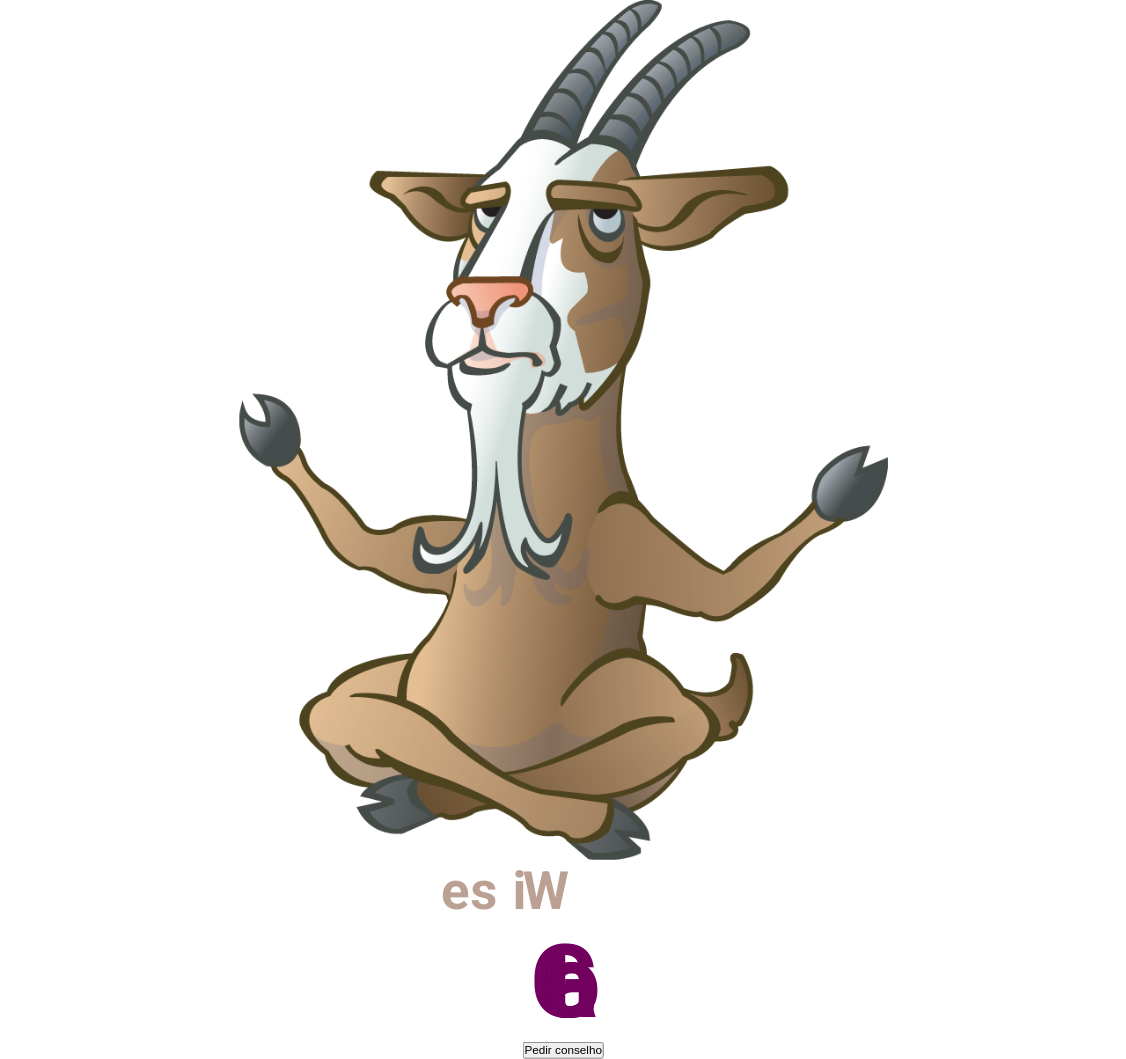
Repository: RickHub2002/Wise-Goat
Page: index.html
The author's editor kept a copy of each file at every save. The page is drawn from the files as they stood at one save, then again after a run of saves.
The browser window is 1280 px wide. The pictures show the whole page, at 88% of full size.
The style sheet was rebuilt from its Sass, Less or Tailwind sources for each picture, by a compiler version that may differ from the author's.

Above is the page before, as saved 2025-01-16 13:38:19.

### index.html
<!DOCTYPE html>
<html lang="en">
<head>
    <meta charset="UTF-8">
    <meta name="viewport" content="width=device-width, initial-scale=1.0">

    <!--FONTES-->
    <link rel="preconnect" href="https://fonts.googleapis.com">
    <link rel="preconnect" href="https://fonts.gstatic.com" crossorigin>
    <link href="https://fonts.googleapis.com/css2?family=Roboto:ital,wght@0,100..900;1,100..900&display=swap" rel="stylesheet">

    <link rel="stylesheet" href="css/main.css">
    <title>Wise Goat</title>
</head>
<body>
    <div id="left-content">
        <h2>
            Wise
            <span>Goat</span>
        </h2>
        <button>Pedir conselho</button>
    </div>
    <!--left-content-->
    <img src="./assets/bodezinho.png" />
</body>
</html>

### sass/main.sass
@import 'base.sass'
@import '_mixins.sass'
@import '_variables.sass'


body
    @include centralizar
    flex-direction: column

    font-family: 'Roboto'

    font-size: 1rem

    #left-content
        @include centralizar(center, flex-start)
        flex-direction: column
        gap: -1rem

        order: 2

        h2
            color: $bege

            font-size: 3.75rem

            letter-spacing: -4rem

            span
                display: block

                color: $roxo

                font-size: 7.25rem

                margin-left: 8px

### sass/_base.sass
@import '_mixins.sass'

*
    margin: 0
    padding: 0
    box-sizing: border-box

### sass/_mixins.sass
@import '_variables.sass'

@mixin centralizar($justify: center, $align: center)
    display: flex
    justify-content: $justify
    align-items: $align

### sass/_variables.sass
//CORES

$roxo: #72005F
$bege: #BAA193

After the next 2 saves:
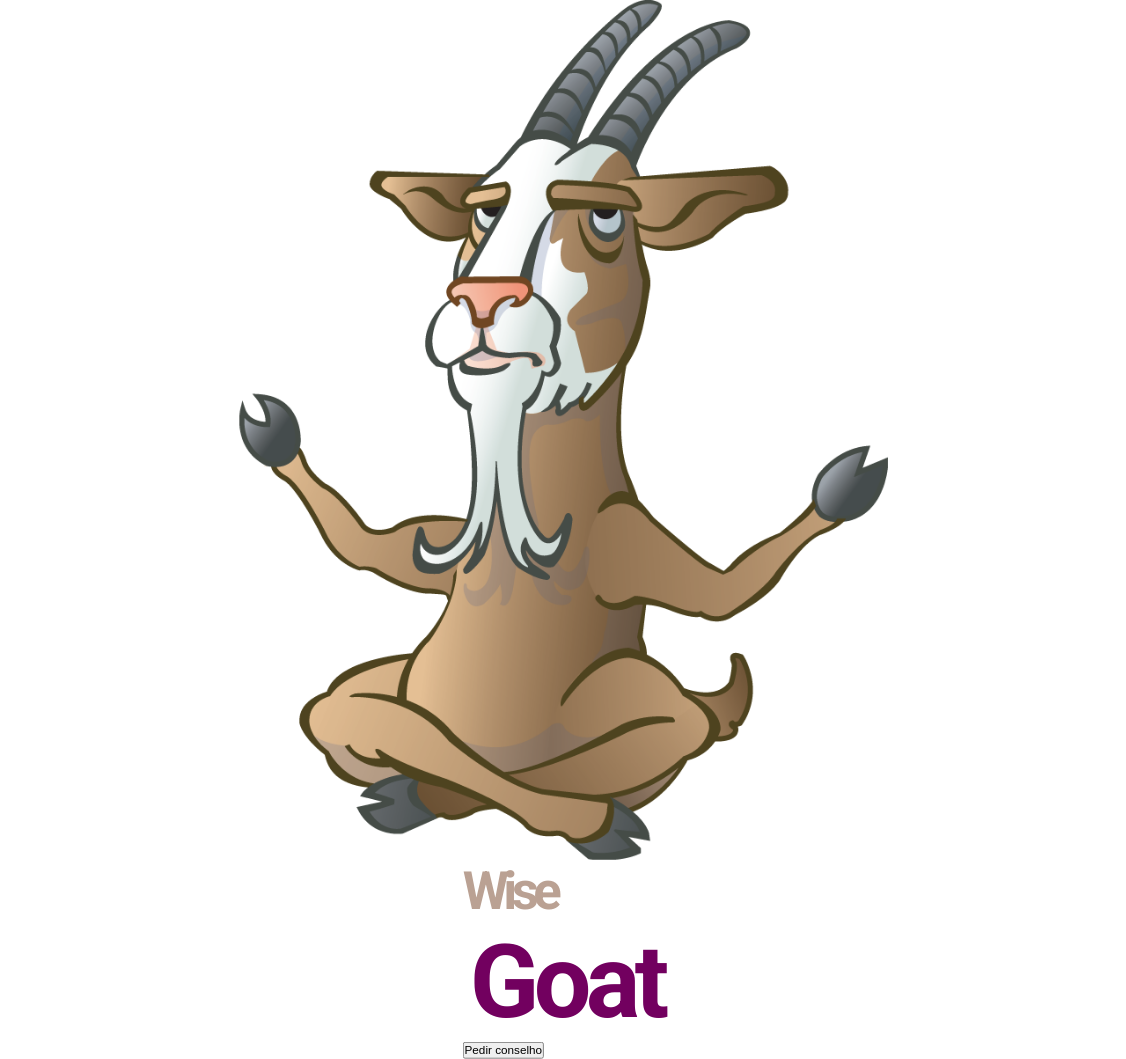
The 2 saves are shown as one change because they came seconds apart.
The last was saved 9 s later.
--- a/sass/main.sass
+++ b/sass/main.sass
@@ -23,7 +23,7 @@
 
             font-size: 3.75rem
 
-            letter-spacing: -4rem
+            letter-spacing: -0.4rem
 
             span
                 display: block
